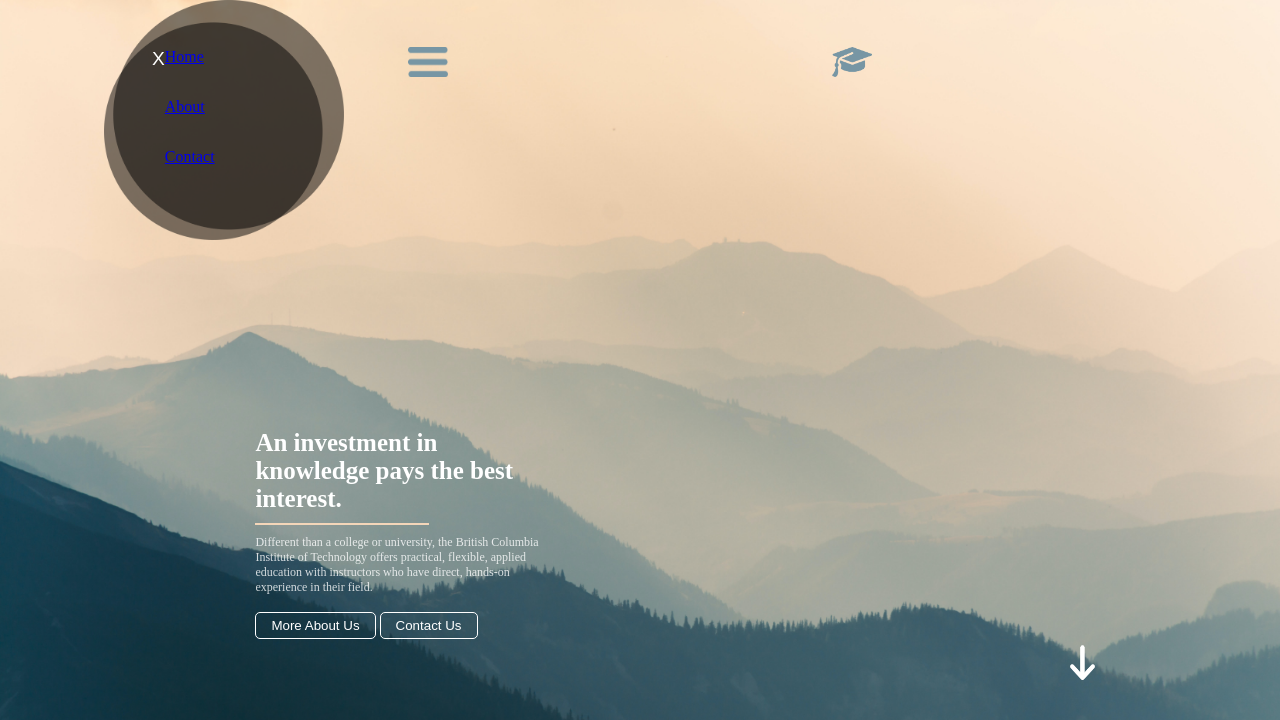
Repository: Sheraliramzan/Aly_A01253508_Assignment1
Page: /
These files come from the project's save history. The page is drawn as it stood at one moment and after the next save; the edit follows.
The browser window is 1280 px wide. The pictures show the whole page.
The project was rebuilt for these pictures with package versions that can differ from the ones it lists, and the page was loaded fresh each time. The framework's server and built-in components were replaced by stand-ins that run in the browser. Also part of the build but not shown: next.config.js.

Above is the page before, as saved 2023-02-04 17:45:55.

### pages/index.js
import Head from 'next/head'
import Image from 'next/image'
import styles from '../styles/Home.module.css'
import { useState } from 'react'
import { useRouter } from 'next/router'



export default function Home() {

  const [isMenuOpen, setIsMenuOpen] = useState(false);
  const handleClick = () => {
    setIsMenuOpen(!isMenuOpen);
  };
  const router = useRouter();
  return (
    <>
      <Head>
        <title>Home</title>
        <meta name="author" content="MDIA 2109" />
        <meta property="og:title" content= "Assignment #1 - Home Page"/>
        <meta property="og:description" content= "BCIT Digital Design and Development Diploma"/>
        <meta name="viewport" content="width=device-width, initial-scale=1" />
        <link rel="icon" href="/favicon.png" />
      </Head>
      <main className={styles.main}>
        <div className='fullcont'>
          <div className="navcont">
              <Image
                src={"/icons/menu-icon.png"}
                width={40}
                height={30}
                onClick={handleClick}
              />
              <Image src={"/icons/graduation-hat.png"} width={40} height={30} />
          </div>
          <div className="menucont">
          <div className="listcont">
            <div className="btncont">
              <button className="close" onChange={handleClick}>
                X
              </button>
            </div>
              <ul>
                <li>
                  <a href='#'>Home</a>
                </li>
                <li>
                  <a href='#'>About</a>
                </li>
                <li>
                  <a href='#'>Contact</a>
                </li>
              </ul>
            </div>
          <Image
            src={"/background-images/menuBackground.png"}
            width={240}
            height={240}
          />
        </div>

          <div className="headcont">
            <h1 className="headhome">An investment in <br/>knowledge pays the best <br/> interest.</h1>
            <div className="horidiv"></div>
            <p className="para1">Different than a college or university, the British Columbia <br/> Institute of Technology offers practical, flexible, applied education with instructors who have direct, hands-on experience in their field.</p>
          </div>
          <a className='butcont'>
            <button className='but1'>More About Us</button>
            <button className='but1'>Contact Us</button>
          </a>
          <a>
            <span>
              <Image className='downarrow' src ={"/downwardArrow.png"} width={25} height={35}></Image>
            </span>
          </a>
        </div>
      </main>
    </>
  )
}

### styles/globals.css


* {
  box-sizing: border-box;
  padding: 0;
  margin: 0;
}

html,
body {
  max-width: 100vw;
  overflow-x: hidden;

  background-image:url('../public/background-images/backgroundMountain.jpg') ;
  background-size: cover;
  background-repeat: no-repeat;
  height: 100vh;
}
.navcont {
  display: flex;
  align-items: center;
  justify-content: space-between;
  padding: 2rem 2rem;
}
.menucont{
  position: absolute;
  top: 0rem;
  left: 6.5rem;
}

ul {
  display: flex;
  flex-direction: column;
  gap: 2rem;
}

ul > li {
  list-style-type: none;
  color: white;
}
.listcont{
  position: absolute;
  display: flex;
  align-items: flex-start;
  left: 3rem;
  top: 3rem;
}

.btncont {
  display: flex;
}

.close {
  background-color: transparent;
  border: none;
  font-size: larger;
  color: white;
}

.fullcont{
  margin: 15px;
}
.but1{
  margin: 2px;
  padding: 5px 15px;
  background: none;
  border: 1px solid var(--primary-color);
  border-radius: 5px;
  color:var(--primary-color) ;
}
.butcont{
 margin-left: -123px;
}

.but1:hover{
  background-color: var( --primary-color);
  color: var(--quinary-color);
}
.downarrow{
  position: relative;
  left: 590px;
  top:50px;
}
.headcont{
  display: flex;
  flex-direction: column;
  width: 55%;
  margin-top: 320px;
  margin-left: -121px;
}
.headhome{
  color: var(--primary-color);
  font-size: 25px;
  margin-bottom: 10px;
}
.horidiv{
  width: 60%;
  border: 1px solid var(--secondary-color);
  margin-bottom: 10px;
}
.para1{
  color: var(--primary-color);
  font-size:12px;
  width: 100%;
  opacity: 0.8;
}


#carouselImage{
  height: 200px;
  background-repeat: no-repeat;
  background-size: cover;
  display: flex;
  justify-content: center;
  align-items: center;
  margin: 40px 0px;
}
#testOnImageHere{
  background-color: rgba(16, 46, 53, 0.5);
  padding: 10px;
  margin: 0px 50px;
}

### styles/variables.css
:root{
    --primary-color:#fff;
    --secondary-color:#f4d6b9;
    --ternary-color: #7796a4;
    --quaternary-color:#14343d;
    --quinary-color:rgba(16,46,53,0.5);
}

### styles/Home.module.css
.main {
  display: flex;
  flex-direction: column;
  justify-content: space-between;
  align-items: center;
}

Loaded but not shown: pages/_app.js (common file); pages/_document.js (common file); pages/api/hello.js (common file)

After the next save:
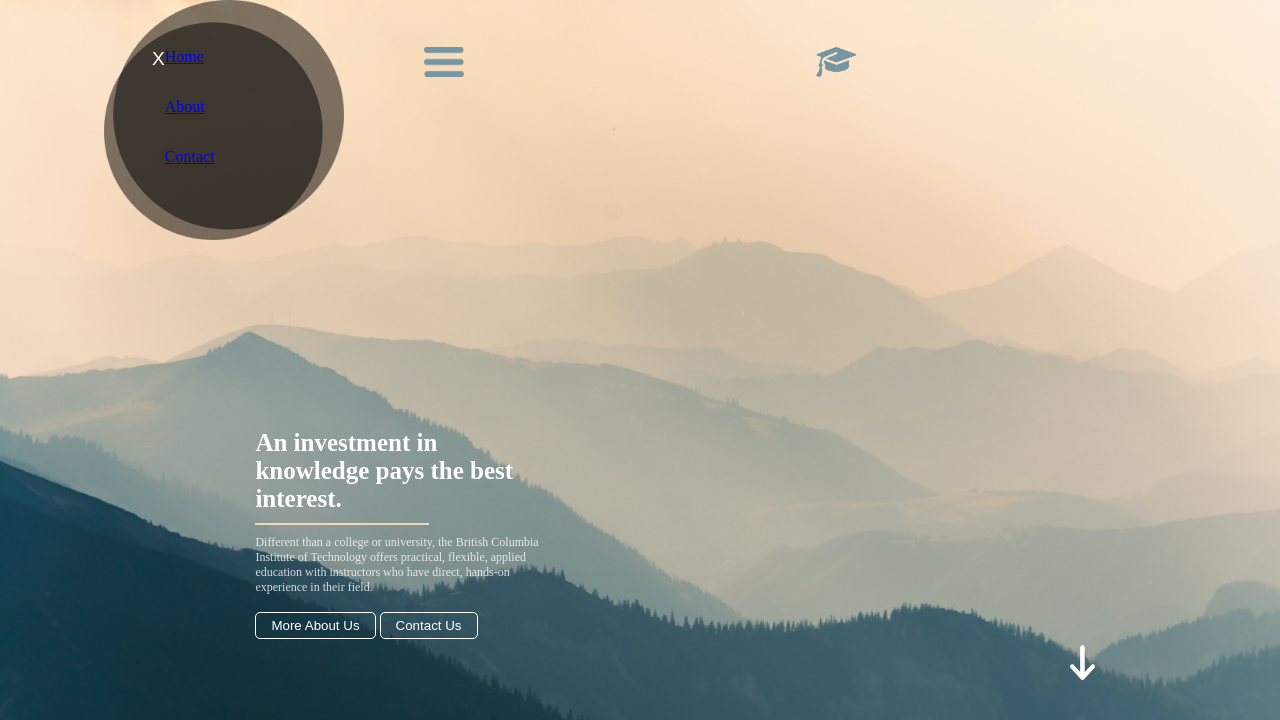
Saved 5 s later.
--- a/styles/globals.css
+++ b/styles/globals.css
@@ -20,7 +20,7 @@ body {
   display: flex;
   align-items: center;
   justify-content: space-between;
-  padding: 2rem 2rem;
+  padding: 2rem 3rem;
 }
 .menucont{
   position: absolute;
